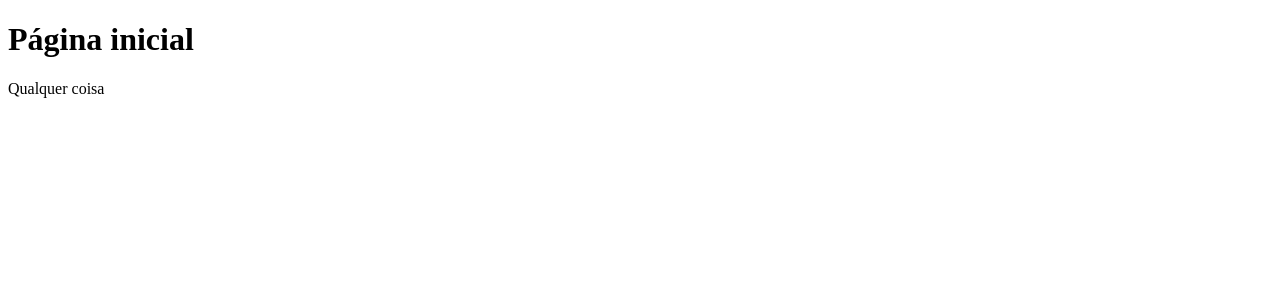
Repository: Mcecy/desafio-mergeconflict
Page: catalogo.html
These files come from the project's save history. The page is drawn as it stood at one moment and after the next save; the edit follows.
The browser window is 1280 px wide. The pictures show the whole page.

Above is the page before, as saved 2022-12-03 21:03:17.

### catalogo.html
<!DOCTYPE html>
<html lang="en">
<head>
<meta charset="UTF-8">
<meta http-equiv="X-UA-Compatible" content="IE=edge">
<meta name="viewport" content="width=device-width, initial-scale=1.0">
<title>Document</title>
</head>
<body>
<h1>Página inicial</h1>
<p>Qualquer coisa</p>
</body>
</html>

After the next save:
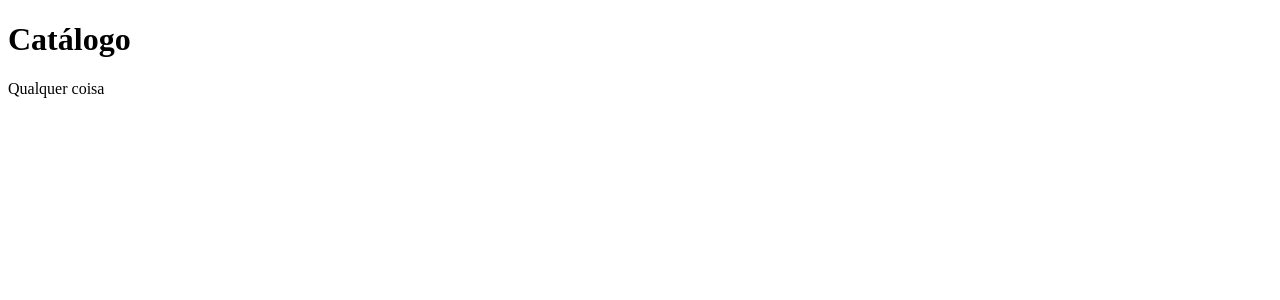
Saved 5 s later.
--- a/catalogo.html
+++ b/catalogo.html
@@ -7,7 +7,7 @@
 <title>Document</title>
 </head>
 <body>
-<h1>Página inicial</h1>
+<h1>Catálogo</h1>
 <p>Qualquer coisa</p>
 </body>
 </html>
